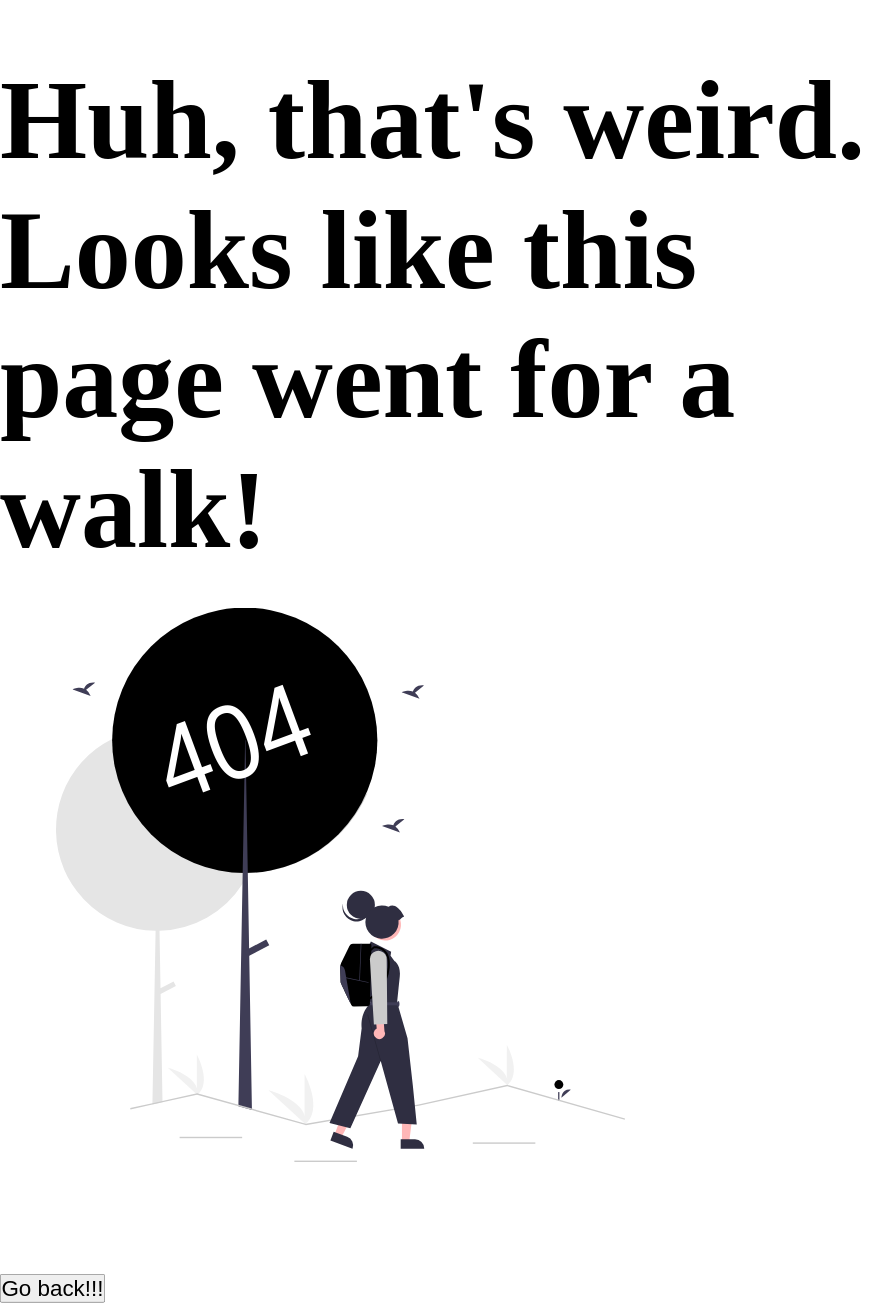
Repository: TeeJaysDev/Portfolio
Page: 404.html
These files come from the project's save history. The page is drawn as it stood at one moment and after the next save; the edit follows.
The browser window is 1280 px wide. The pictures show the whole page, at 70% of full size.

Above is the page before, as saved 2021-06-11 23:15:11.

After the next save:
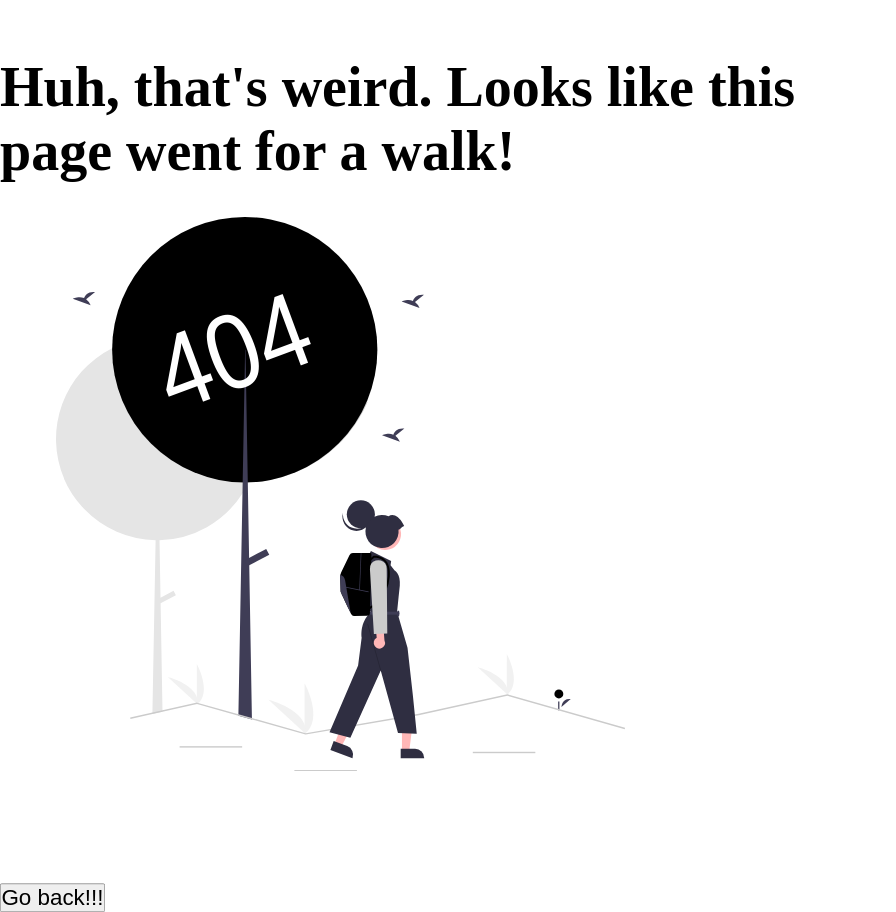
Saved 10 s later.
--- a/404.css
+++ b/404.css
@@ -11,7 +11,7 @@
     font-family: "sans-serif";
     font-weight: 700;
     color: #000000;
-    font-size: 10rem;
+    font-size: 5rem;
     margin-top: 5rem;
 }
 
